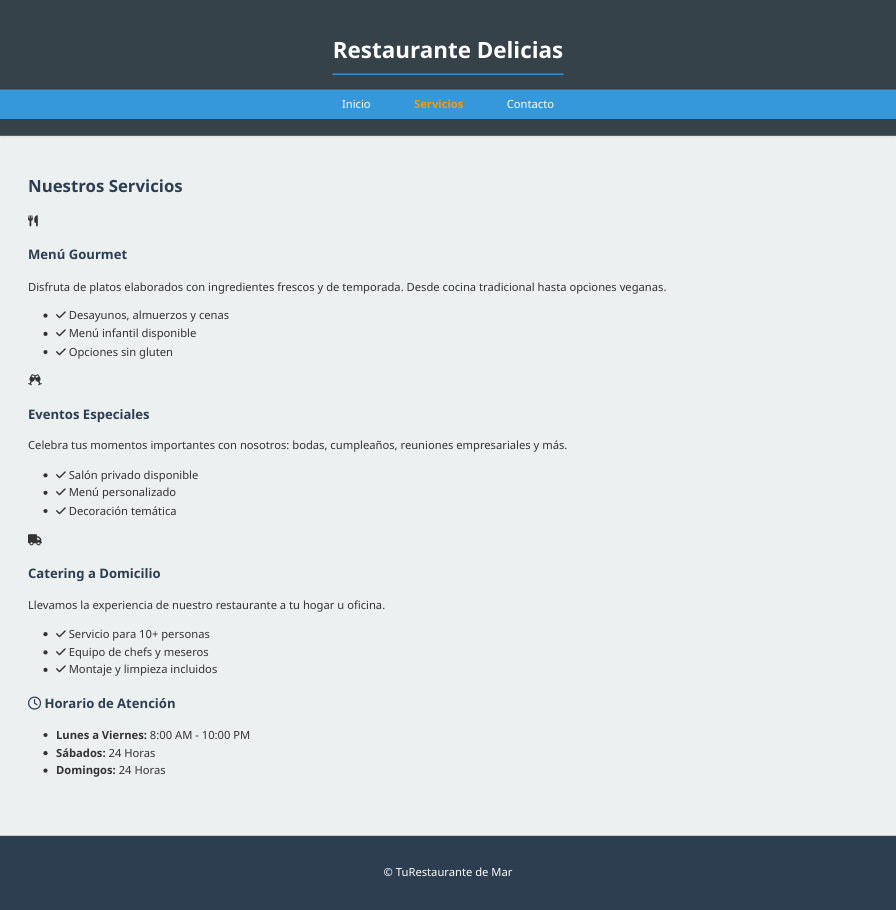
Repository: Sevanjo/Pagina_web
Page: HTML/servicios.html
An editor plug-in stored every save of this project. The page is shown before and after the next save, followed by the edit.
The browser window is 1280 px wide. The pictures show the whole page, at 70% of full size.

Above is the page before, as saved 2025-05-04 18:24:05.
Console error: TypeError: Cannot read properties of null (reading 'addEventListener')

### HTML/servicios.html
<!DOCTYPE html>
<html lang="es">
<head>
    <meta charset="UTF-8">
    <meta name="viewport" content="width=device-width, initial-scale=1.0">
    <title>Nuestros Servicios - Restaurante Delicias</title>
    <link rel="stylesheet" href="../CSS/styles.css">
    <link rel="stylesheet" href="https://cdnjs.cloudflare.com/ajax/libs/font-awesome/6.0.0/css/all.min.css">
</head>
<body>
    <header>
        <h1>Restaurante Delicias</h1>
        <nav>
            <ul>
                <li><a href="index.html">Inicio</a></li>
                <li><a href="servicios.html">Servicios</a></li>
                <li><a href="contacto.html">Contacto</a></li>
            </ul>
        </nav>
    </header>

    <main>
        <section class="services-section">
            <h2>Nuestros Servicios</h2>

            <!-- Servicio 1: Comida -->
            <div class="service-card">
                <div class="service-icon">
                    <i class="fas fa-utensils"></i>
                </div>
                <h3>Menú Gourmet</h3>
                <p>Disfruta de platos elaborados con ingredientes frescos y de temporada. Desde cocina tradicional hasta opciones veganas.</p>
                <ul class="service-features">
                    <li><i class="fas fa-check"></i> Desayunos, almuerzos y cenas</li>
                    <li><i class="fas fa-check"></i> Menú infantil disponible</li>
                    <li><i class="fas fa-check"></i> Opciones sin gluten</li>
                </ul>
            </div>

            <!-- Servicio 2: Eventos -->
            <div class="service-card">
                <div class="service-icon">
                    <i class="fas fa-glass-cheers"></i>
                </div>
                <h3>Eventos Especiales</h3>
                <p>Celebra tus momentos importantes con nosotros: bodas, cumpleaños, reuniones empresariales y más.</p>
                <ul class="service-features">
                    <li><i class="fas fa-check"></i> Salón privado disponible</li>
                    <li><i class="fas fa-check"></i> Menú personalizado</li>
                    <li><i class="fas fa-check"></i> Decoración temática</li>
                </ul>
            </div>

            <!-- Servicio 3: Catering -->
            <div class="service-card">
                <div class="service-icon">
                    <i class="fas fa-truck"></i>
                </div>
                <h3>Catering a Domicilio</h3>
                <p>Llevamos la experiencia de nuestro restaurante a tu hogar u oficina.</p>
                <ul class="service-features">
                    <li><i class="fas fa-check"></i> Servicio para 10+ personas</li>
                    <li><i class="fas fa-check"></i> Equipo de chefs y meseros</li>
                    <li><i class="fas fa-check"></i> Montaje y limpieza incluidos</li>
                </ul>
            </div>

            <!-- Horario -->
            <div class="schedule-card">
                <h3><i class="far fa-clock"></i> Horario de Atención</h3>
                <ul>
                    <li><strong>Lunes a Viernes:</strong> 8:00 AM - 10:00 PM</li>
                    <li><strong>Sábados:</strong> 24 Horas</li>
                    <li><strong>Domingos:</strong> 24 Horas</li>
                </ul>
            </div>
        </section>
    </main>

    <footer>
        <p>&copy;  TuRestaurante de Mar</p>
    </footer>

    <script src="../js/script.js"></script>
</body>
</html>

### CSS/styles.css

:root {
    --primary-color: #2c3e50;
    --secondary-color: #3498db;
    --accent-color: #e74c3c;
    --light-color: #ecf0f1;
    --dark-color: #2c3e50;
    --text-color: #333333;
    --text-light: #ffffff;
}


body {
    font-family: 'Segoe UI', Tahoma, Geneva, Verdana, sans-serif;
    line-height: 1.6;
    margin: 0;
    padding: 0;
    color: var(--text-color);
    background-color: var(--light-color);
}

header {
    background: var(--primary-color);
    color: var(--text-light);
    padding: 1.5rem 0;
    text-align: center;
    box-shadow: 0 2px 5px rgba(0,0,0,0.1);
}
header h1 {
    color: #ffffff;
}

nav {
    background: var(--secondary-color);
    padding: 0.5rem 0;
}

nav ul {
    padding: 0;
    list-style: none;
    text-align: center;
    margin: 0;
    display: flex;
    justify-content: center;
}

nav li {
    margin: 0 15px;
}

nav a {
    color: var(--text-light);
    text-decoration: none;
    padding: 0.5rem 1rem;
    border-radius: 4px;
    transition: all 0.3s ease;
}

nav a:hover {
    background: rgba(255,255,255,0.2);
}

main {
    padding: 2rem;
    max-width: 1200px;
    margin: 0 auto;
    min-height: calc(100vh - 300px);
}

footer {
    background: var(--primary-color);
    color: var(--text-light);
    text-align: center;
    padding: 1.5rem;
    margin-top: 2rem;
}


h1, h2, h3 {
    color: var(--primary-color);
}

h1 {
    border-bottom: 2px solid var(--secondary-color);
    padding-bottom: 0.5rem;
    display: inline-block;
}


button, .button {
    background: var(--secondary-color);
    color: var(--text-light);
    border: none;
    padding: 0.6rem 1.2rem;
    border-radius: 4px;
    cursor: pointer;
    transition: all 0.3s ease;
}

button:hover, .button:hover {
    background: var(--accent-color);
    transform: translateY(-2px);
}


.card {
    background: white;
    border-radius: 8px;
    padding: 1.5rem;
    margin: 1rem 0;
    box-shadow: 0 2px 10px rgba(0,0,0,0.1);
    transition: transform 0.3s ease;
}

.card:hover {
    transform: translateY(-5px);
}


.contact-section {
    padding: 4rem 2rem;
    background-color: #f9f9f9;
}

.contact-container {
    max-width: 1200px;
    margin: 0 auto;
    display: grid;
    grid-template-columns: repeat(auto-fit, minmax(300px, 1fr));
    gap: 3rem;
    background: white;
    border-radius: 15px;
    box-shadow: 0 10px 30px rgba(0, 0, 0, 0.1);
    overflow: hidden;
}

.contact-info {
    padding: 3rem;
    background: linear-gradient(135deg, var(--primary-color), var(--secondary-color));
    color: white;
}

.contact-info h2 {
    font-size: 2rem;
    margin-bottom: 2rem;
    position: relative;
    padding-bottom: 1rem;
}

.contact-info h2::after {
    content: '';
    position: absolute;
    bottom: 0;
    left: 0;
    width: 50px;
    height: 3px;
    background: var(--accent-color);
}

.info-item {
    display: flex;
    align-items: center;
    margin-bottom: 1.5rem;
}

.info-item i {
    font-size: 1.2rem;
    margin-right: 1rem;
    color: var(--accent-color);
}

.social-links {
    display: flex;
    margin-top: 2rem;
    gap: 1rem;
}

.social-links a {
    display: flex;
    align-items: center;
    justify-content: center;
    width: 40px;
    height: 40px;
    border-radius: 50%;
    background: rgba(255, 255, 255, 0.1);
    color: white;
    transition: all 0.3s;
}

.social-links a:hover {
    background: var(--accent-color);
    transform: translateY(-3px);
}

.contact-form {
    padding: 3rem;
    position: relative;
}

.contact-form h2 {
    font-size: 2rem;
    margin-bottom: 2rem;
    color: var(--primary-color);
}

.form-group {
    position: relative;
    margin-bottom: 2rem;
}

.form-group input,
.form-group textarea {
    width: 100%;
    padding: 15px 0 5px 0;
    border: none1px solid #c4c4c4;
    box-shadow: inset 0 1px 3px rgba(0,0,0,0.1);
    border-bottom: 1px solid #ddd;
    font-size: 1rem;
    background: transparent;
    transition: all 0.3s;
}

.form-group textarea {
    resize: vertical;
    min-height: 100px;
}

.form-group label {
    position: absolute;
    top: 15px;
    left: 0;
    color: #999;
    pointer-events: none;
    transition: all 0.3s;
}

.form-group input:focus,
.form-group textarea:focus,
.form-group input:not(:placeholder-shown),
.form-group textarea:not(:placeholder-shown) {
    border-bottom-color: transparent;
}

.form-group input:focus ~ label,
.form-group textarea:focus ~ label,
.form-group input:not(:placeholder-shown) ~ label,
.form-group textarea:not(:placeholder-shown) ~ label {
    top: 0;
    font-size: 0.8rem;
    color: var(--secondary-color);
}

.focus-border {
    position: absolute;
    bottom: 0;
    left: 0;
    width: 0;
    height: 2px;
    background: var(--secondary-color);
    transition: width 0.4s;
}

.form-group input:focus ~ .focus-border,
.form-group textarea:focus ~ .focus-border {
    width: 100%;
}

.error-message {
    color: #e74c3c;
    font-size: 0.8rem;
    margin-top: 5px;
    display: none;
}

.success-message {
    display: none;
    background: #2ecc71;
    color: white;
    padding: 1rem;
    border-radius: 5px;
    margin-top: 1rem;
    align-items: center;
    gap: 10px;
    animation: fadeIn 0.5s;
}

.success-message i {
    font-size: 1.5rem;
}

.submit-btn {
    background: var(--secondary-color);
    color: white;
    border: none;
    padding: 15px 30px;
    border-radius: 50px;
    cursor: pointer;
    display: flex;
    align-items: center;
    justify-content: center;
    gap: 10px;
    font-size: 1rem;
    font-weight: 600;
    margin-top: 1rem;
    overflow: hidden;
    position: relative;
    transition: all 0.3s;
    width: 100%;
}

.submit-btn::before {
    content: '';
    position: absolute;
    top: 0;
    left: -100%;
    width: 100%;
    height: 100%;
    background: linear-gradient(90deg, transparent, rgba(255,255,255,0.2), transparent);
    transition: 0.5s;
}

.submit-btn:hover::before {
    left: 100%;
}

.submit-btn:hover {
    background: var(--accent-color);
    transform: translateY(-3px);
    box-shadow: 0 5px 15px rgba(0,0,0,0.1);
}

.submit-btn i {
    transition: all 0.3s;
}

.submit-btn:hover i {
    transform: translateX(5px);
}

/* Estilos del Carrusel */
.slider-container {
    position: relative;
    max-width: 1200px;
    margin: 0 auto 2rem;
    overflow: hidden;
    border-radius: 10px;
    box-shadow: 0 5px 15px rgba(0, 0, 0, 0.1);
}

.slider {
    display: flex;
    transition: transform 0.5s ease;
    height: 400px; /* Ajusta según necesidad */
}

.slide {
    min-width: 100%;
    position: relative;
}

.slide img {
    width: 100%;
    height: 100%;
    object-fit: cover;
}

.slide-caption {
    position: absolute;
    bottom: 20px;
    left: 20px;
    background: rgba(0, 0, 0, 0.7);
    color: white;
    padding: 1rem;
    border-radius: 5px;
    max-width: 50%;
}

.slide-caption h3 {
    margin: 0 0 0.5rem;
    color: var(--text-light);
}

.slider-btn {
    position: absolute;
    top: 50%;
    transform: translateY(-50%);
    background: rgba(255, 255, 255, 0.3);
    color: white;
    border: none;
    padding: 1rem;
    cursor: pointer;
    font-size: 1.2rem;
    border-radius: 50%;
    transition: all 0.3s;
    z-index: 10;
}

.slider-btn:hover {
    background: var(--accent-color);
}

.prev-btn {
    left: 20px;
}

.next-btn {
    right: 20px;
}

.slider-indicators {
    position: absolute;
    bottom: 20px;
    right: 20px;
    display: flex;
    gap: 10px;
}

.slider-indicators span {
    display: block;
    width: 12px;
    height: 12px;
    background: rgba(255, 255, 255, 0.5);
    border-radius: 50%;
    cursor: pointer;
}

.slider-indicators span.active {
    background: var(--accent-color);
}

/* Responsive */
@media (max-width: 768px) {
    .slider {
        height: 300px;
    }
    .slide-caption {
        max-width: 80%;
    }
}


@keyframes fadeIn {
    from { opacity: 0; transform: translateY(10px); }
    to { opacity: 1; transform: translateY(0); }
}


@media (max-width: 768px) {
    .contact-container {
        grid-template-columns: 1fr;
    }

    .contact-info {
        padding: 2rem;
    }

    .contact-form {
        padding: 2rem;
    }
}

### JS/script.js
document.getElementById('contactForm')?.addEventListener('submit', function(e) {
    e.preventDefault();

    const name = document.getElementById('name').value;
    const email = document.getElementById('email').value;
    const message = document.getElementById('message').value;

    if (name && email && message) {
        alert(`Gracias ${name}, tu mensaje ha sido enviado. Te responderemos a ${email} pronto.`);
        this.reset();
    } else {
        alert('Por favor completa todos los campos.');
    }
});

window.addEventListener('scroll', function() {
    const header = document.querySelector('header');
    if (window.scrollY > 50) {
        header.style.backgroundColor = '#222';
    } else {
        header.style.backgroundColor = '#35424a';
    }
});

document.addEventListener('DOMContentLoaded', function() {
    const currentPage = location.pathname.split('/').pop();
    const links = document.querySelectorAll('nav a');

    links.forEach(link => {
        if (link.getAttribute('href') === currentPage) {
            link.style.fontWeight = 'bold';
            link.style.color = '#ff9900';
        }
    });
});

document.addEventListener('DOMContentLoaded', function() {
    const contactForm = document.getElementById('contactForm');
    const loader = document.querySelector('.loader');

    if(loader) {
        loader.classList.add('loader-hidden');
    }

    if(contactForm) {
        contactForm.addEventListener('submit', function(e) {
            e.preventDefault();

            document.querySelectorAll('.error-message').forEach(el => {
                el.style.display = 'none';
            });

            let isValid = true;

            const name = document.getElementById('name');
            if(name.value.trim() === '') {
                document.getElementById('name-error').textContent = 'Por favor ingresa tu nombre';
                document.getElementById('name-error').style.display = 'block';
                isValid = false;
            }

            const email = document.getElementById('email');
            const emailRegex = /^[^\s@]+@[^\s@]+\.[^\s@]+$/;
            if(email.value.trim() === '') {
                document.getElementById('email-error').textContent = 'Por favor ingresa tu email';
                document.getElementById('email-error').style.display = 'block';
                isValid = false;
            } else if(!emailRegex.test(email.value)) {
                document.getElementById('email-error').textContent = 'Por favor ingresa un email válido';
                document.getElementById('email-error').style.display = 'block';
                isValid = false;
            }

            const message = document.getElementById('message');
            if(message.value.trim() === '') {
                document.getElementById('message-error').textContent = 'Por favor ingresa tu mensaje';
                document.getElementById('message-error').style.display = 'block';
                isValid = false;
            }

            if(isValid) {
                const submitBtn = contactForm.querySelector('.submit-btn');
                submitBtn.disabled = true;
                submitBtn.innerHTML = '<i class="fas fa-spinner fa-spin"></i> Enviando...';

                setTimeout(function() {

                    document.getElementById('form-success').style.display = 'flex';
                    contactForm.reset();

                    submitBtn.disabled = false;
                    submitBtn.innerHTML = '<span>Enviar Mensaje</span><i class="fas fa-paper-plane"></i>';

                    setTimeout(function() {
                        document.getElementById('form-success').style.display = 'none';
                    }, 5000);
                }, 1500);
            }
        });

        const formGroups = document.querySelectorAll('.form-group');
        formGroups.forEach((group, index) => {
            group.style.opacity = '0';
            group.style.transform = 'translateY(20px)';
            group.style.transition = 'all 0.5s ease ' + (index * 0.1) + 's';

            setTimeout(function() {
                group.style.opacity = '1';
                group.style.transform = 'translateY(0)';
            }, 100);
        });
    }
});

document.addEventListener('DOMContentLoaded', function() {
    const slider = document.querySelector('.slider');
    const slides = document.querySelectorAll('.slide');
    const prevBtn = document.querySelector('.prev-btn');
    const nextBtn = document.querySelector('.next-btn');
    const indicators = document.querySelectorAll('.slider-indicators span');
    let currentIndex = 0;
    let autoSlideInterval;

    function showSlide(index) {
        slides.forEach((slide, i) => {
            slide.classList.toggle('active', i === index);
        });

        indicators.forEach((indicator, i) => {
            indicator.classList.toggle('active', i === index);
        });

        slider.style.transform = `translateX(-${index * 100}%)`;
    }

    function nextSlide() {
        currentIndex = (currentIndex + 1) % slides.length;
        showSlide(currentIndex);
    }

    function prevSlide() {
        currentIndex = (currentIndex - 1 + slides.length) % slides.length;
        showSlide(currentIndex);
    }

    nextBtn.addEventListener('click', nextSlide);
    prevBtn.addEventListener('click', prevSlide);

    indicators.forEach((indicator, i) => {
        indicator.addEventListener('click', () => {
            currentIndex = i;
            showSlide(currentIndex);
        });
    });

    function startAutoSlide() {
        autoSlideInterval = setInterval(nextSlide, 5000);
    }

    function stopAutoSlide() {
        clearInterval(autoSlideInterval);
    }

    startAutoSlide();
    slider.parentElement.addEventListener('mouseenter', stopAutoSlide);
    slider.parentElement.addEventListener('mouseleave', startAutoSlide);

    showSlide(currentIndex);
});

After the next save:
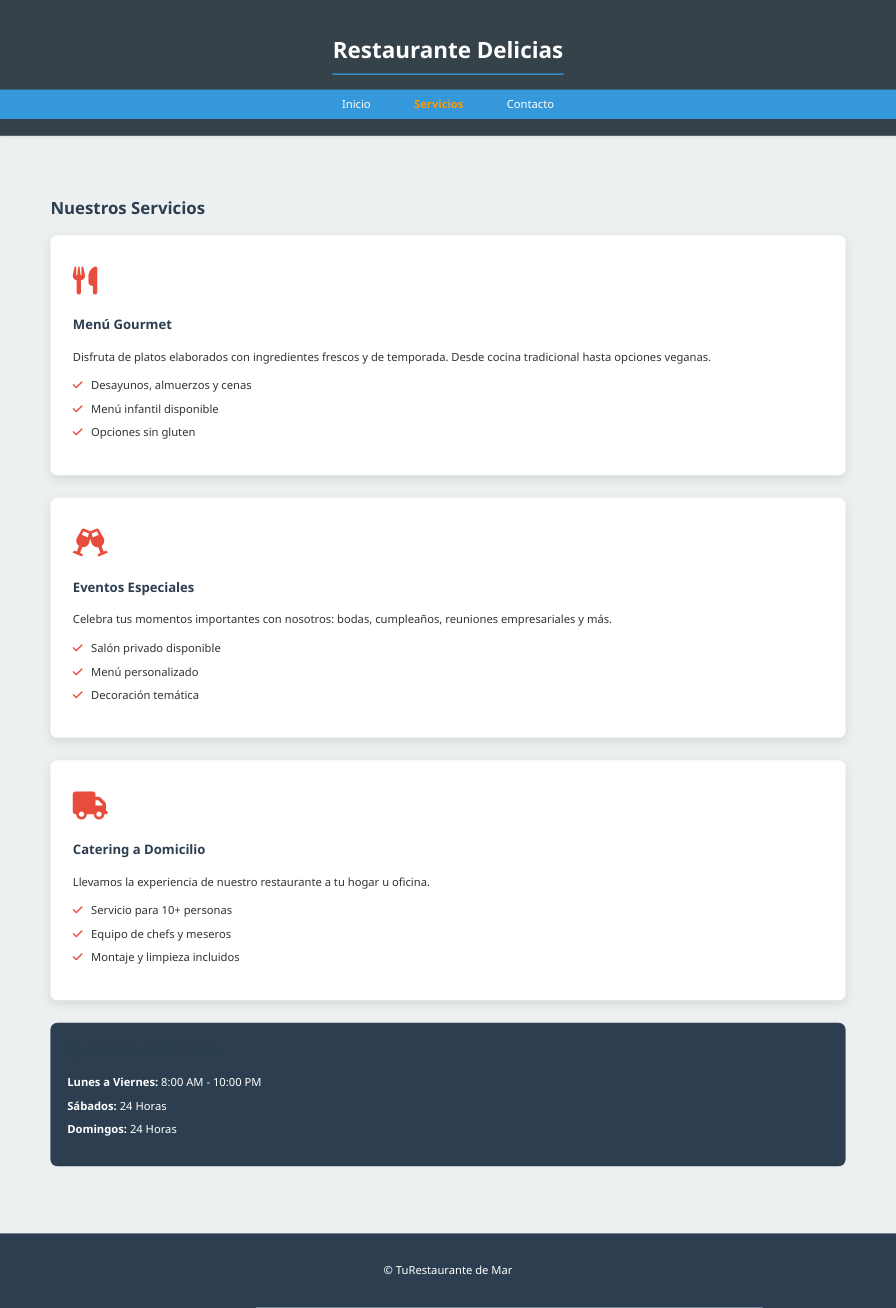
Saved 3 min 2 s later.
--- a/CSS/styles.css
+++ b/CSS/styles.css
@@ -337,7 +337,7 @@ button:hover, .button:hover {
     transform: translateX(5px);
 }
 
-/* Estilos del Carrusel */
+
 .slider-container {
     position: relative;
     max-width: 1200px;
@@ -350,7 +350,7 @@ button:hover, .button:hover {
 .slider {
     display: flex;
     transition: transform 0.5s ease;
-    height: 400px; /* Ajusta según necesidad */
+    height: 400px;
 }
 
 .slide {
@@ -428,7 +428,76 @@ button:hover, .button:hover {
     background: var(--accent-color);
 }
 
-/* Responsive */
+
+.services-section {
+    padding: 2rem;
+    max-width: 1200px;
+    margin: 0 auto;
+}
+
+.service-card {
+    background: white;
+    border-radius: 10px;
+    padding: 2rem;
+    margin-bottom: 2rem;
+    box-shadow: 0 5px 15px rgba(0, 0, 0, 0.1);
+    transition: transform 0.3s;
+}
+
+.service-card:hover {
+    transform: translateY(-5px);
+}
+
+.service-icon {
+    font-size: 2.5rem;
+    color: var(--accent-color);
+    margin-bottom: 1rem;
+}
+
+.service-card h3 {
+    color: var(--primary-color);
+    margin-top: 0;
+}
+
+.service-features {
+    list-style: none;
+    padding: 0;
+}
+
+.service-features li {
+    margin-bottom: 0.5rem;
+}
+
+.service-features i {
+    color: var(--accent-color);
+    margin-right: 0.5rem;
+}
+
+.schedule-card {
+    background: var(--primary-color);
+    color: white;
+    padding: 1.5rem;
+    border-radius: 10px;
+    margin-top: 2rem;
+}
+
+.schedule-card h3 {
+    margin-top: 0;
+    display: flex;
+    align-items: center;
+    gap: 10px;
+}
+
+.schedule-card ul {
+    list-style: none;
+    padding: 0;
+}
+
+.schedule-card li {
+    margin-bottom: 0.5rem;
+}
+
+
 @media (max-width: 768px) {
     .slider {
         height: 300px;
